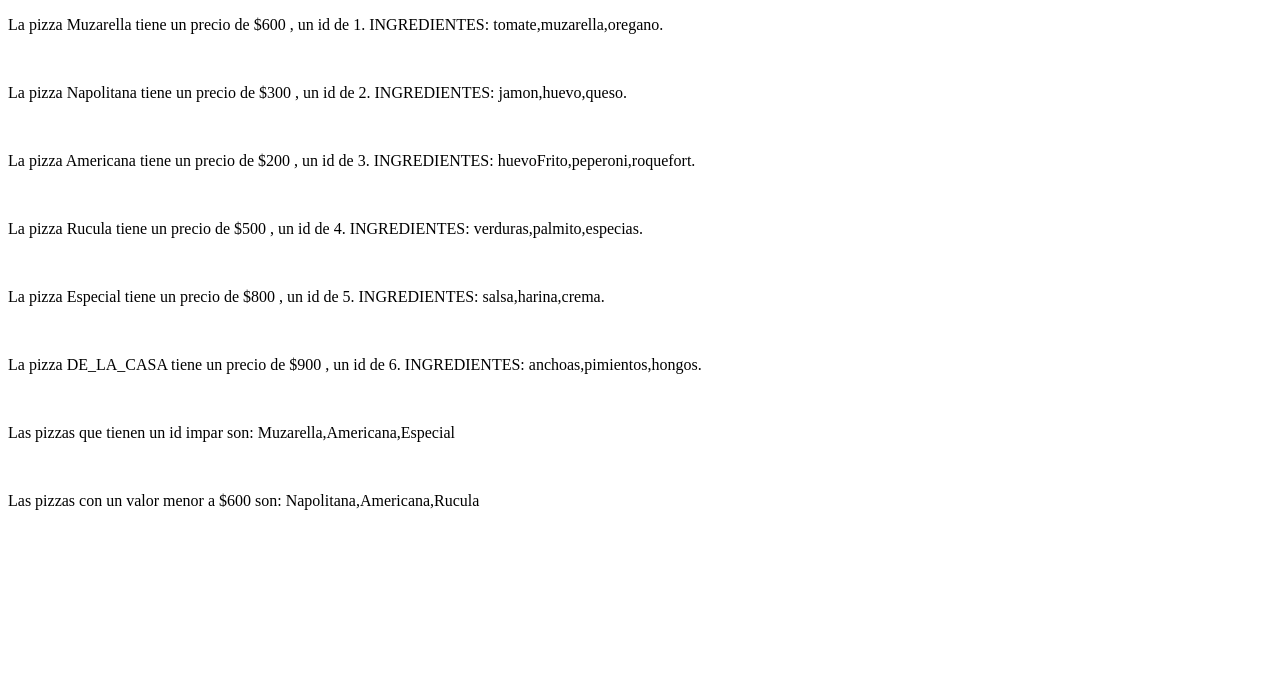
Repository: lucas-itup/E1-JAVASCRIPT
Page: index.html
These files come from the project's save history. The page is drawn as it stood at one moment and after the next save; the edit follows.
The browser window is 1280 px wide. The pictures show the whole page.

Above is the page before, as saved 2022-08-15 19:00:58.

### index.html
<!DOCTYPE html>
<html lang="en">

<head>
    <meta charset="UTF-8">
    <meta http-equiv="X-UA-Compatible" content="IE=edge">
    <meta name="viewport" content="width=device-width, initial-scale=1.0">

    <title>E1-JAVASCRIPT</title>
</head>

<body>
    <div id="listado-pizzas">

    </div>
    <script src="/assets/index.js"></script>
</body>

</html>

### assets/index.js
let pizza1 = {
    id: '1',
    nombre: 'Muzarella',
    ingredientes: [
        'tomate', 'muzarella', 'oregano'
    ],
    precio: '600'
}
let pizza2 = {
    id: '2',
    nombre: 'Napolitana',
    ingredientes: [
        'jamon', 'huevo', 'queso'
    ],
    precio: '300'
}
let pizza3 = {
    id: '3',
    nombre: 'Americana',
    ingredientes: [
        'huevoFrito', 'peperoni', 'roquefort'
    ],
    precio: '200'
}
let pizza4 = {
    id: '4',
    nombre: 'Rucula',
    ingredientes: [
        'verduras', 'palmito', 'especias'
    ],
    precio: '500'
}
let pizza5 = {
    id: '5',
    nombre: 'Especial',
    ingredientes: [
        'salsa', 'harina', 'crema'
    ],
    precio: '800'
}
let pizza6 = {
    id: '6',
    nombre: 'DE_LA_CASA',
    ingredientes: [
        'anchoas', 'pimientos', 'hongos'
    ],
    precio: '900'
}

let pizzas = [pizza1, pizza2, pizza3, pizza4, pizza5, pizza6]
let impares = [];
let menores = [];
let listado = document.getElementById('listado-pizzas');


pizzas.forEach(function pizza(e, i, array) {

    //pizzas con id impar
    if (e.id % 2 == 1) impares.push(e.nombre)

    //pizzas menores a $600
    if (e.precio < "600") menores.push(e.nombre)

    console.log('La pizza ' + e.nombre + ' tiene un precio de $' + e.precio + ' , un id de ' + e.id + '. INGREDIENTES: ' + e.ingredientes.join())
    listado.innerHTML += '<p>La pizza ' + e.nombre + ' tiene un precio de $' + e.precio + ' , un id de ' + e.id + '. INGREDIENTES: ' + e.ingredientes.join() + '.</p><br>'
})

console.log('Las pizzas que tienen un id impar son: ' + impares.join());
console.log('Las pizzas con un valor menor a $600 son: ' + menores.join());

listado.innerHTML += '<p>Las pizzas que tienen un id impar son: ' + impares.join() + '</p><br>';
listado.innerHTML += '<p>Las pizzas con un valor menor a $600 son: ' + menores.join() + '</p><br>';

After the next save:
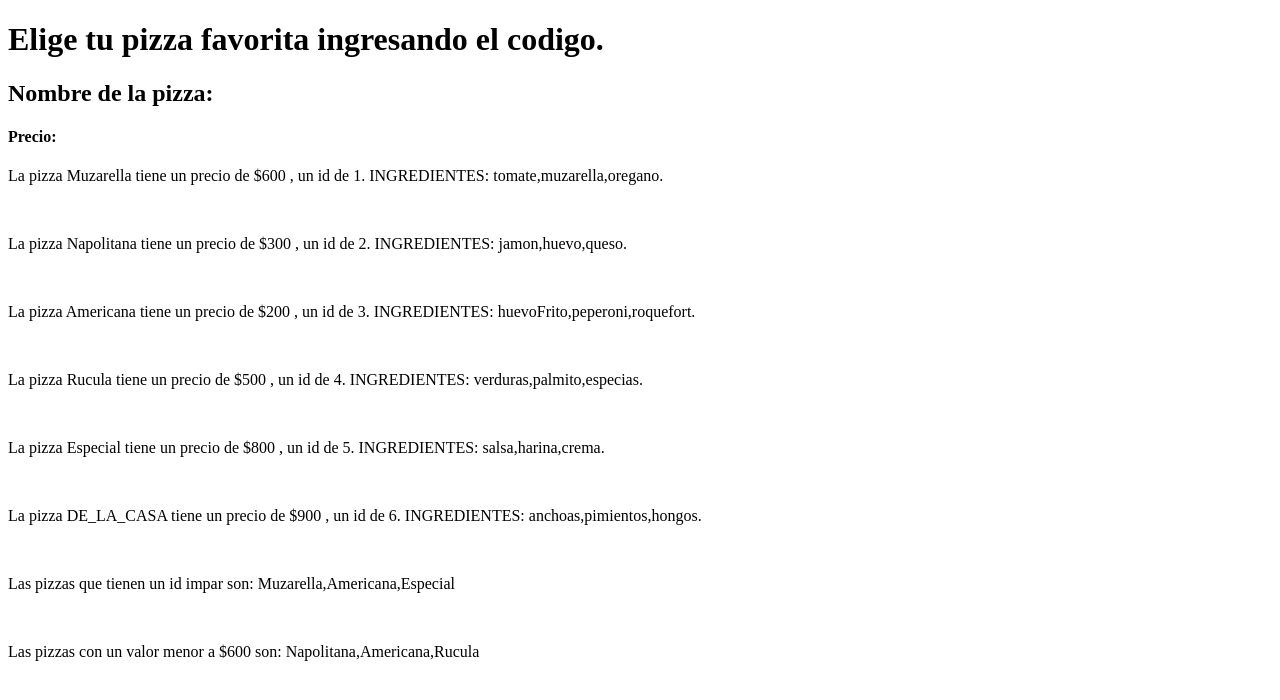
Saved 27 days later.
--- a/index.html
+++ b/index.html
@@ -11,7 +11,12 @@
 
 <body>
     <div id="listado-pizzas">
+        <div>
+            <h1>Elige tu pizza favorita ingresando el codigo.</h1>
 
+            <h2>Nombre de la pizza: <span id="nombre-pizza"> </span></h2>
+            <h4>Precio: <span id="precio-pizza"></span></h4>
+        </div>
     </div>
     <script src="/assets/index.js"></script>
 </body>
